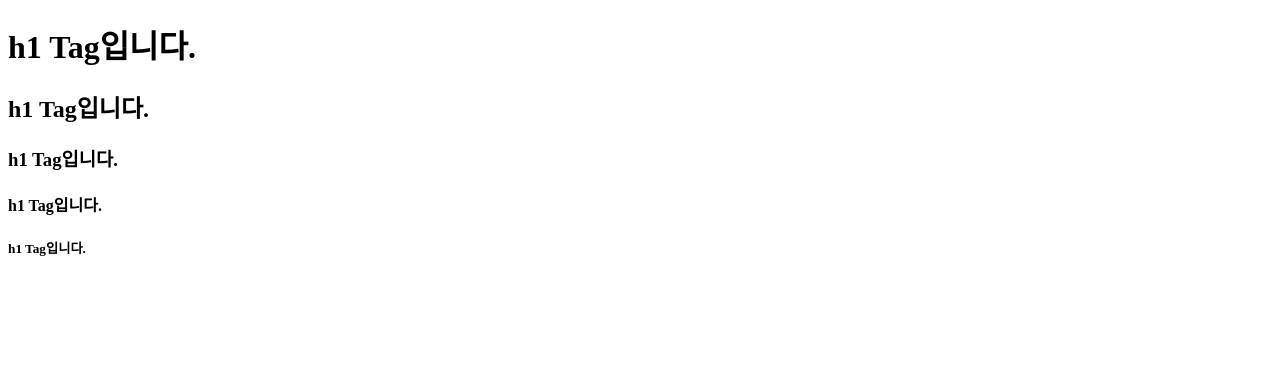
Repository: tjdwlsaos22/TJ_JSP
Page: jsp/HTML/src/main/webapp/Lec02.html
The author's editor kept a copy of each file at every save. The page is drawn from the files as they stood at one save, then again after the next save.
The browser window is 1280 px wide. The pictures show the whole page.

Above is the page before, as saved 2024-01-17 02:13:49.

After the next save:
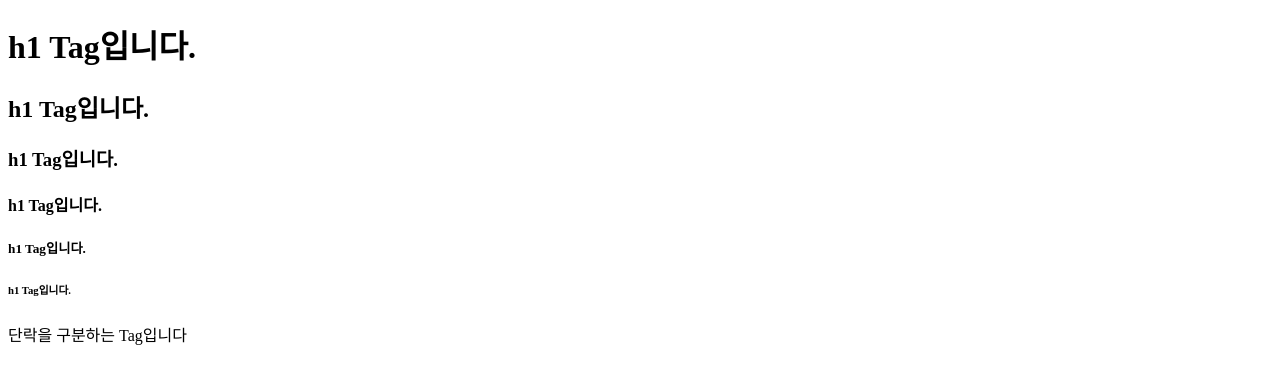
Saved 63 s later.
--- a/jsp/HTML/src/main/webapp/Lec02.html
+++ b/jsp/HTML/src/main/webapp/Lec02.html
@@ -10,5 +10,9 @@
 		<h3>h1 Tag입니다.</h3>
 		<h4>h1 Tag입니다.</h4>
 		<h5>h1 Tag입니다.</h5>
+		<h6>h1 Tag입니다.</h6>
+
+		<p>단락을 구분하는 Tag입니다</p>
+
 	</body>
 </html>
